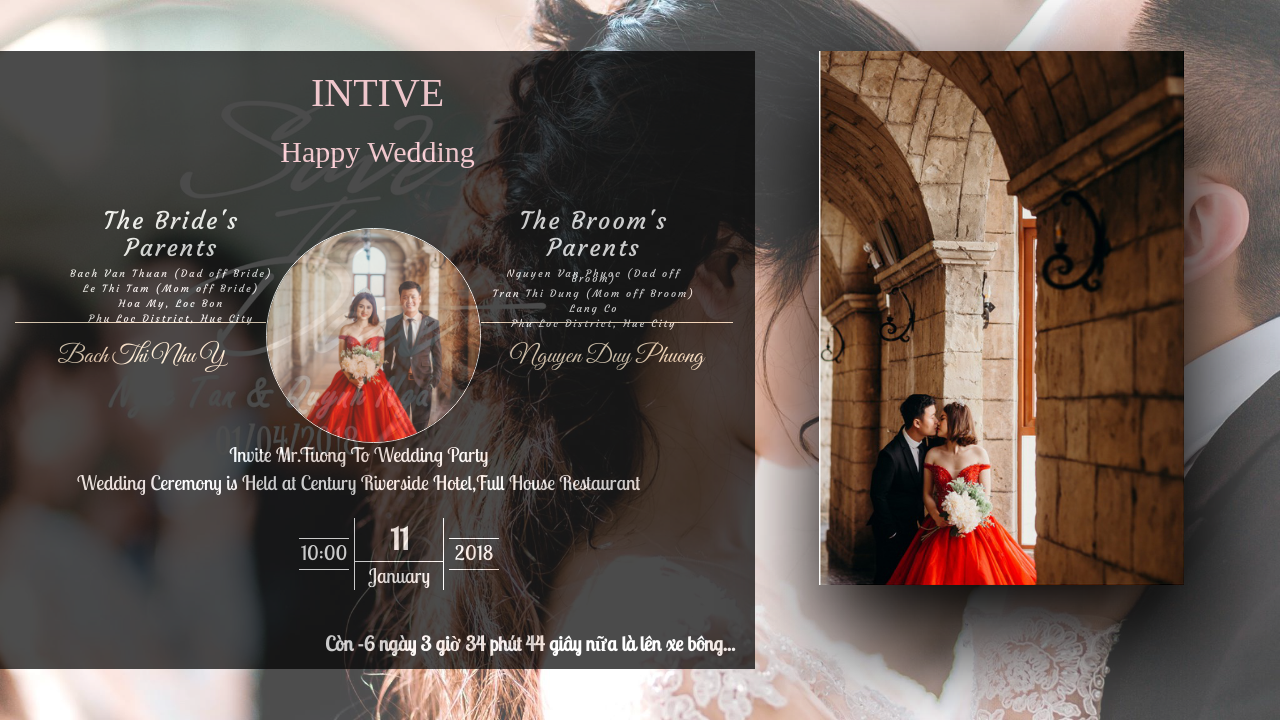
Repository: nguyenhuutuong999/WeddingOfSister
Page: wedding.html
The author's editor kept a copy of each file at every save. The page is drawn from the files as they stood at one save, then again after the next save.
The browser window is 1280 px wide. The pictures show the whole page.
Some web fonts or font styles are not loaded; a fallback is used.

Above is the page before, as saved 2019-09-16 20:43:47.

### wedding.html
<!doctype html>
<html>

<head>
    <meta charset="utf-8">
    <meta name="viewport" content="width=device-width, initial-scale=1">
    <title>Wedding</title>

    <!-- Latest compiled and minified CSS & JS -->

    <link rel="stylesheet" href="./style.css">


    <!-- Latest compiled and minified CSS & JS -->
    <link rel="stylesheet" media="screen" href="//netdna.bootstrapcdn.com/bootstrap/3.3.4/css/bootstrap.min.css">
    <script src="//code.jquery.com/jquery.js"></script>
    <script src="//netdna.bootstrapcdn.com/bootstrap/3.3.4/js/bootstrap.min.js"></script>

    <link rel="stylesheet" href="./animate.css">
    <script type="text/javascript" src="./wow.min.js"></script>
    <script>
        new WOW().init();
    </script>

</head>


<body>
    <div id="container">
        <div id="opacity-background"></div>


        <div id="content">
            <h1 id="invite">INTIVE</h1>
            <h2 id="happy">Happy Wedding</h2>
            <div id="infor">
                <div id="bride" class="wedding">
                    <!-- // <label>Le Thi Thanh Ngan</label> -->
                    <h3>The Bride's Parents</h3>
                    <p>Bach Van Thuan (Dad off Bride)</p>
                    <p>Le Thi Tam (Mom off Bride)</p>
                    <p>Hoa My, Loc Bon</p>
                    <p>Phu Loc District, Hue City</p>

                </div>
                <div id="broom" class="wedding">
                    <!--  -->
                    <h3>The Broom's Parents</h3>
                    <p>Nguyen Van Phuoc (Dad off Broom)</p>
                    <p>Tran Thi Dung (Mom off Broom)</p>
                    <p>Lang Co</p>
                    <p>Phu Loc District, Hue City</p>

                </div>
                <!-- <canvas id="myCanvas" width="470" height="300"></canvas> -->

            </div>
            <div id="colorful">
                <h2 style="margin-left: 0px;" class="name">Bach Thi Nhu Y</h2>
                <img name="image_s" id="radius" src="./images/s1.jpg" class="wow zoomIn" data-wow-duration="1s" />
                <h2 style="margin-left: 0px;" class="name">Nguyen Duy Phuong</h2>
            </div>
            <div id="desc">
                <div style="color: white; position: relative; margin-top: 38%;">Invite Mr.Tuong To Wedding Party</div>
                <div id="place">Wedding Ceremony is Held at Century Riverside Hotel,Full House Restaurant</div>
                <div id="time">
                    <div id="hour" class="border1">10:00</div>
                    <div id="day-month">
                        <div id="day">11</div>
                        <div id="month">January</div>
                    </div>
                    <div id="year" class="border1">2018</div>
                </div>

            </div>
            <p id="countDown"></p>
        </div>
        <div id="album">

                <img name="image_vh" src="./images/vh1.jpg" class="wow slideInLeft" data-wow-duration="1s">
            </div>
</body>

</html>
<script type="text/javascript">
    window.onload = function () {

        setTimeout("switchImageVH()", 3000);
        setTimeout("switchImageS()", 2000);
        setTimeout("switchImageHH()", 2000);
    }
    var current_vh = 1;
    var num_image_vh = 13;

    var current_s = 1;
    var num_image_s = 7

    var current_hh = 1;
    var num_image_hh = 9;

    function switchImageVH() {
        current_vh++;
        document.images['image_vh'].src = './images/vh' + current_vh + '.jpg';

        if (current_vh < num_image_vh) {
            setTimeout("switchImageVH()", 3000);

        } else if (current_vh == num_image_vh) {

            current_vh = 1;
            setTimeout("switchImageVH()", 3000);
        }


    }
    function switchImageS() {
        current_s++;
        document.images['image_s'].src = './images/s' + current_s + '.jpg';

        if (current_s < num_image_s) {
            setTimeout("switchImageS()", 4000);

        } else if (current_s == num_image_s) {
            current_s = 1;
            setTimeout("switchImageS()", 4000);
        }
    }
    function switchImageHH() {
        current_hh++;
        document.images['image_s'].src = './images/s' + current_hh + '.jpg';

        if (current_hh < num_image_s) {
            setTimeout("switchImageS()", 4000);

        } else if (current_hh == num_image_s) {
            current_hh = 1;
            setTimeout("switchImageS()", 4000);
        }
    }


    var dateWedding = {

        date: 10,
        hour: 23,
        minutes: 59,
        second: 59,
    }

    setInterval(function () {
        var today = new Date();
        var date = "Còn " + (dateWedding.date - today.getDate()) + " ngày " + (dateWedding.hour - today.getHours()) + " giờ " + (dateWedding.minutes - today.getMinutes()) + " phút " + (dateWedding.second - today.getSeconds() + " giây nữa là lên xe bông...");
        document.getElementById("countDown").innerHTML = date;
    }, 1000);



    // var canvas = document.getElementById('myCanvas');
    // var context = canvas.getContext('2d');

    // // Xác đinh tâm là trọng tâm của Canvas
    // var x = canvas.width / 2;
    // var y = canvas.height / 2;

    // // bán kính 75px
    // var radius = 130;

    // // Góc bắt đầu là 1.1PI
    // var startAngle = 1.1 * Math.PI;

    // // Góc kết thúc là 1.9PI
    // var endAngle = 1.9 * Math.PI;

    // // Cùng chiều kim đồng hồ
    // var counterClockwise = false;

    // // Vẽ đường cung
    // context.beginPath();
    // context.arc(x, y, radius, startAngle, endAngle, counterClockwise);
    // context.lineWidth = 1.5;

    // // line color
    // context.strokeStyle = 'blanchedalmond';
    // context.stroke();


</script>

### style.css
@import url('https://fonts.googleapis.com/css?family=Great+Vibes&display=swap');
@import url('https://fonts.googleapis.com/css?family=Cookie&display=swap');
@import url('https://fonts.googleapis.com/css?family=Courgette&display=swap');
@import url('https://fonts.googleapis.com/css?family=Berkshire+Swash|Great+Vibes&display=swap');
@import url('https://fonts.googleapis.com/css?family=Lobster+Two&display=swap');
body,html{
    top:0;
    margin: 0;
    padding: 0;
    font-family: Impact, Haettenschweiler, 'Arial Narrow Bold', sans-serif;
    width: 100%;
    height: 100%;
}

#container{
    display: flex;
    background-image: url("./images/wedding6.jpg.png");
    background-repeat: repeat;
    background-size: cover;
    width: 100%;
    height: 100%;
    position: relative;
}
#opacity-background{

    position: absolute;
    top: 0;
    left: 0;
    width: 100%;
    height: 100%;
    background:white;
    opacity: 0.3;

}

#content{

    position: relative;
    background: rgb(0, 0, 0);
    opacity: 0.7;
    width: 59%;
    margin: 4% 1% 4% 0;

}
#album {
    width: 30%;
    position: relative;
    margin: 4% 1% 4% 4%;
}
#album img{

    width: 95%;
    box-shadow: 10px 50px 100px 10px black;
}

#invite{
    font-family: 'Berkshire Swash', cursive;
    color: pink;
    text-align: center;
    font-size: 40px;
}
#happy{
    font-family: 'Berkshire Swash', cursive;
    color: pink;
    text-align: center;
}
#infor{
    color: white;
    font-family: 'Courgette', cursive;
    font-size: 10px;
    display: flex;
    position: absolute;
    padding: 10px 50px;
    width: 100%;
}
.wedding{
    width: calc(100%/2);
    letter-spacing: 2px;
    text-align: center;
    line-height: 5px;
}
#colorful{
    color: white;
    font-family: 'Great Vibes', cursive;
    display: flex;
    margin-top: 0px;
    position: absolute;
    text-align: center;
    width: 95%;
    align-items: center;
    margin-top: 50px;
    margin-left: 2%;

}
.name{
    border-style: solid;
    border-width: 1px 0 0 0;
    padding:  20px 0;
    margin-top: 50px;
    color: blanchedalmond;
    width: 35%;
    font-size: 25px;
}
#radius{
    border-radius: 100%;
    border: solid 1.5px white;
    width: 30%;
}

#desc{
    position: relative;
    color: white;
    font-family: 'Lobster Two', cursive;
    font-size: 20px;
    margin-top: 00%;
    text-align: center;
    width: 95%;
}



#time{
    display: flex;
    position: relative;
    width: 40%;
    margin-left: 41%;
}
#hour{
    margin: 40px 5px;
}

#year{

    margin: 40px 5px;
}
.border1{
    border-style: solid;
    border-width: 0.1px 0;
    width: 50px;
}
#day-month{
    border-style: solid;
    border-width: 0 1.5px;
    width: 90px;
    margin: 20px 0;
}
#day{
    border-style: solid;
    border-width: 0 0 1px 0;
    width: 89px;

    font-size: 30px;
    font-weight: bold;
}
/* #myCanvas{
    position: absolute;
    margin-top: 110px;
    margin-left: 185px;


} */

#bride{
    margin-left: 10px;
}
#broom{
    margin-left: 200px;
}
#countDown{
    position: relative;
    font-family: 'Lobster Two', cursive;
    color: white;
    text-align: right;
    font-size: 20px;
    font-weight: bold;
    margin-top: 0%;

    padding: 20px;
}

@media only screen and (max-width: 600px) {

    #container{
        display: inline-block;
        background-image: url("./images/wedding5.jpg");
        background-repeat: repeat;
        background-size: cover;
        width: 100%;
        height: 100%;
        position: relative;
    }
    #invite{
        margin-top: 5px;
        font-size: 1em;
    }
    #happy{
        font-size: 0.8em;
        margin-top: -10px;
    }
    #infor{
        margin-top: -30px;
        font-size: 5px;
        padding: 5px 10px;
    }
    .wedding h3{
        font-size: 8px;
    }
    .wedding{
        width: calc(100%);
        letter-spacing: 0.5px;
        font-size:5px;
        line-height: 0.5px;
    }
    #album img{

        width: 90%;
        box-shadow: 10px 50px 100px 10px black;
    }
    #bride{
        margin-left: 0px;
    }
    #broom{
        margin-left: 70px;
    }
    #colorful{
        width: 95%;
        margin-top: 5px;
        margin-left: 2%;

    }
    .name{
        padding:  10px 0;
        font-size: 10px;
    }
    #radius{
        border: solid 0.5px white;
    }

    #desc{
        position: relative;
        color: white;
        font-family: 'Lobster Two', cursive;
        font-size: 5px;
        margin-top: 30%;
        text-align: center;
        width: 95%;
    }

    #time{
        display: flex;
        position: relative;
        width: 40%;
        margin-left: 32%;
        margin-top: -30px;
        font-size: 7px;
    }
    #hour{
        margin: 45px 5px;
    }

    #year{

        margin: 45px 5px;
    }

    #day-month{
        border-width: 0 1px;
        width: 90px;
        margin: 35px 0;
    }
    #day{
        width: 100%;
        font-size: 10px;

    }
    #countDown{

        font-size: 8px;
        margin-top: -18%;

    }#content{

        position: relative;
        background: rgb(0, 0, 0);
        opacity: 0.7;
        width: 61%;
        margin: 4% 1px 0% 0;

    }
    #album {
        width: 30%;
        position: relative;
        margin: 4% 1% 4% 4%;
    }
    #album img{

        width: 95%;
        box-shadow: 10px 50px 100px 10px black;
    }
  }

/* @media only screen and (max-width: 600px) {
    #invite{
        margin-top: 5px;
        font-size: 1em;
    }
    #happy{
        font-size: 0.8em;
        margin-top: -10px;
    }
    #infor{
        margin-top: -30px;
        font-size: 5px;
        padding: 5px 10px;
    }
    .wedding h3{
        font-size: 8px;
    }
    .wedding{
        width: calc(100%);
        letter-spacing: 0.5px;
        font-size:5px;
        line-height: 0.5px;
    }
    #album img{

        width: 90%;
        box-shadow: 10px 50px 100px 10px black;
    }
    #bride{
        margin-left: 0px;
    }
    #broom{
        margin-left: 70px;
    }
    #colorful{
        width: 95%;
        margin-top: 5px;
        margin-left: 2%;

    }
    .name{
        padding:  10px 0;
        font-size: 10px;
    }
    #radius{
        border: solid 0.5px white;
    }

    #desc{
        position: relative;
        color: white;
        font-family: 'Lobster Two', cursive;
        font-size: 5px;
        margin-top: 30%;
        text-align: center;
        width: 95%;
    }

    #time{
        display: flex;
        position: relative;
        width: 40%;
        margin-left: 32%;
        margin-top: -30px;
        font-size: 7px;
    }
    #hour{
        margin: 45px 5px;
    }

    #year{

        margin: 45px 5px;
    }

    #day-month{
        border-width: 0 1px;
        width: 90px;
        margin: 35px 0;
    }
    #day{
        width: 100%;
        font-size: 10px;

    }
    #countDown{

        font-size: 8px;
        margin-top: -18%;

    }#content{

        position: relative;
        background: rgb(0, 0, 0);
        opacity: 0.7;
        width: 61%;
        margin: 4% 1px 0% 0;

    }
    #album {
        width: 30%;
        position: relative;
        margin: 4% 1% 4% 4%;
    }
    #album img{

        width: 95%;
        box-shadow: 10px 50px 100px 10px black;
    }
  } */

Loaded but not shown: animate.css (library); wow.min.js (library)

After the next save:
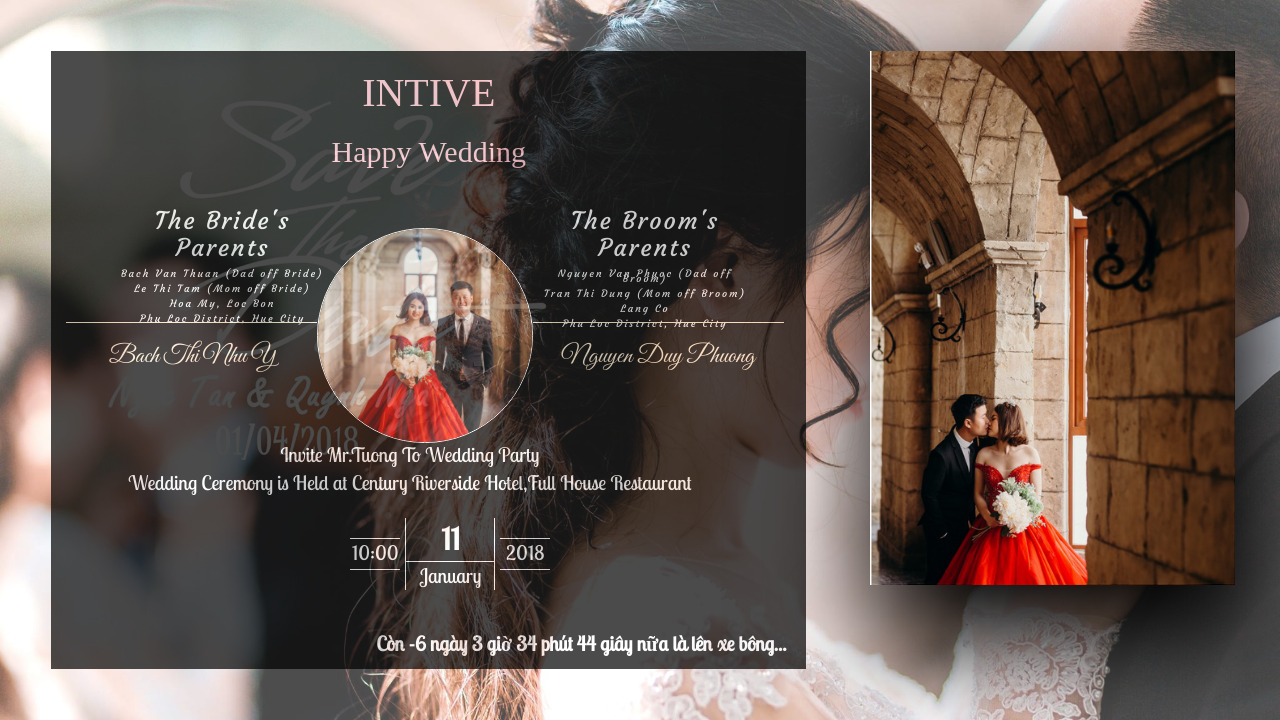
Saved 59 s later.
--- a/style.css
+++ b/style.css
@@ -39,7 +39,7 @@
     background: rgb(0, 0, 0);
     opacity: 0.7;
     width: 59%;
-    margin: 4% 1% 4% 0;
+    margin: 4% 1% 4% 4%;
 
 }
 #album {

After the save that followed:
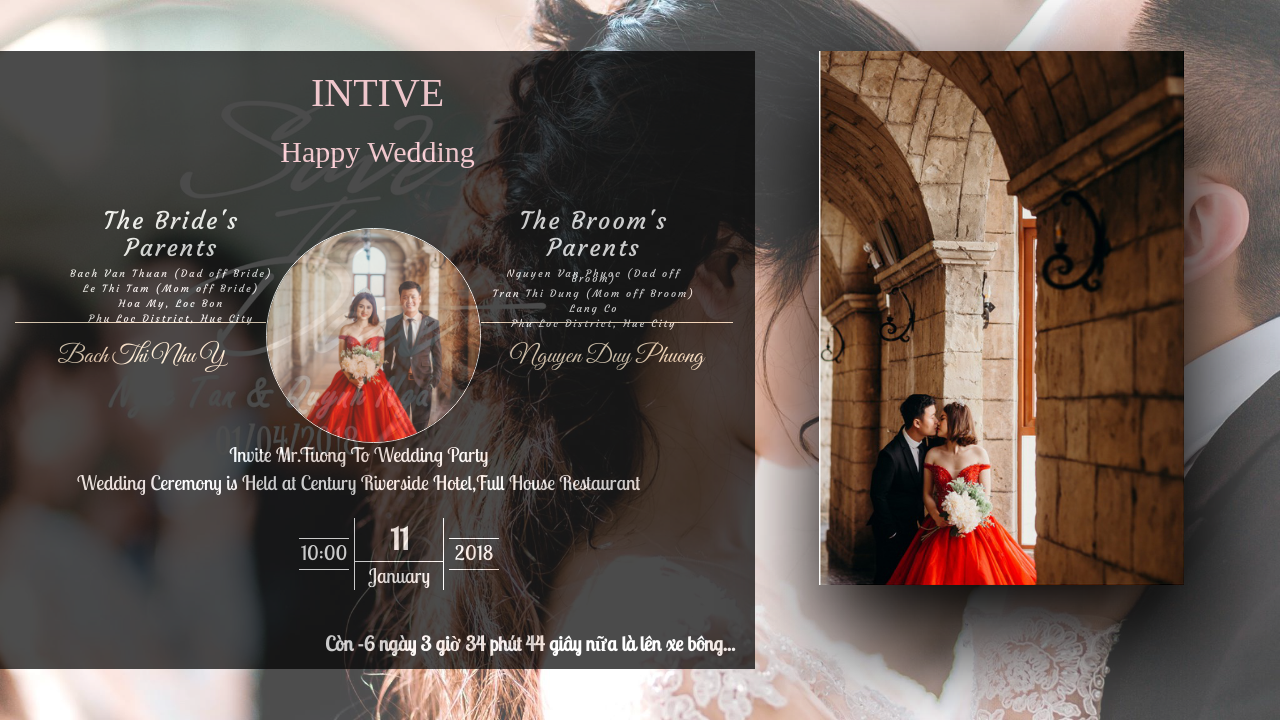
Saved 14 s later.
--- a/style.css
+++ b/style.css
@@ -39,7 +39,7 @@
     background: rgb(0, 0, 0);
     opacity: 0.7;
     width: 59%;
-    margin: 4% 1% 4% 4%;
+    margin: 4% 1% 4% 0;
 
 }
 #album {
